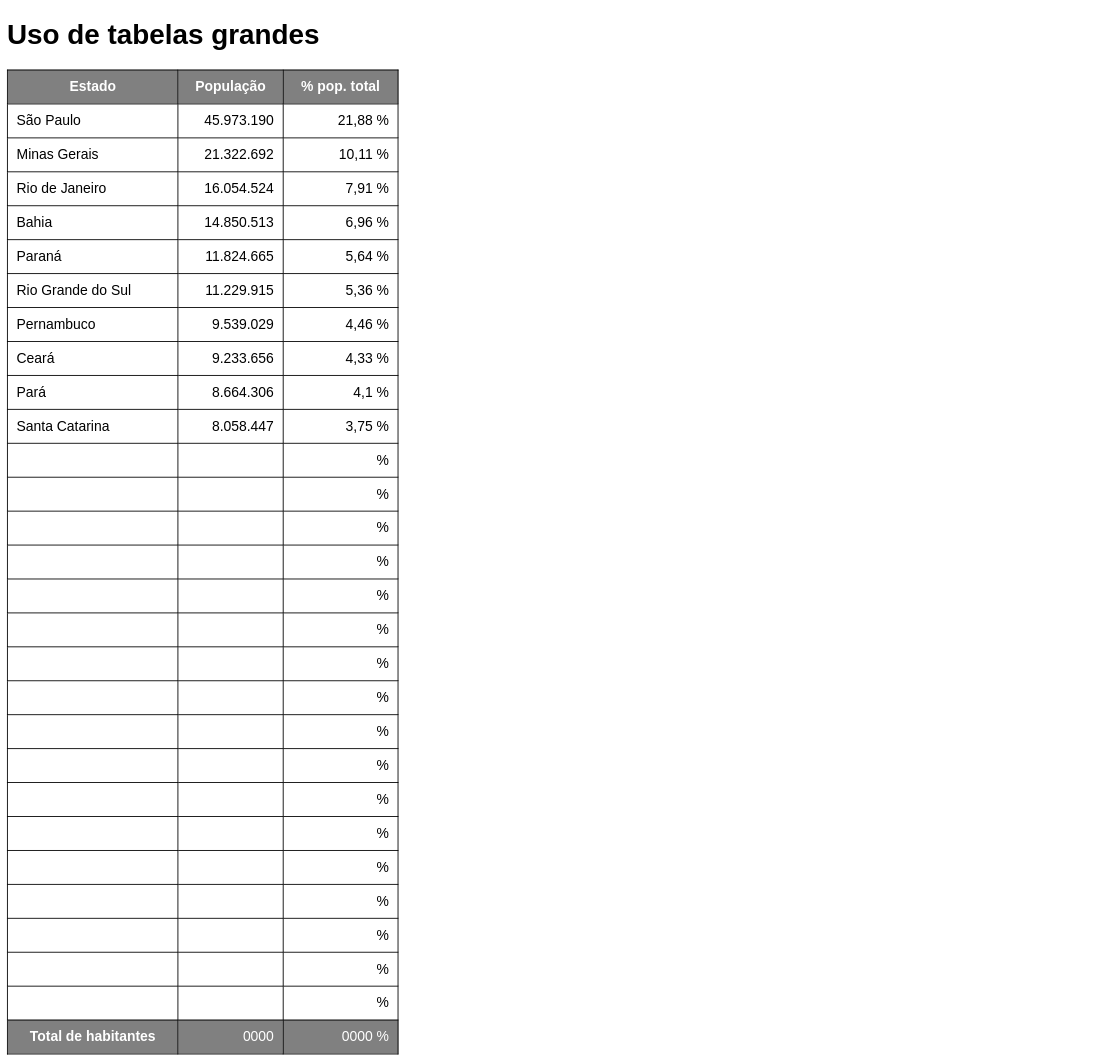
Repository: railsondev/html-css
Page: Módulo3/Exercicios/Ex02 - Tabelas/tabela002.html
These files come from the project's save history. The page is drawn as it stood at one moment and after the next save; the edit follows.
The browser window is 1280 px wide. The pictures show the whole page, at 87% of full size.

Above is the page before, as saved 2024-10-18 18:30:40.

### Módulo3/Exercicios/Ex02 - Tabelas/tabela002.html
<!DOCTYPE html>
<html lang="pt-br">
<head>
  <meta charset="UTF-8">
  <meta name="viewport" content="width=device-width, initial-scale=1.0">
  <title>Tabelas grandes</title>
  <link rel="stylesheet" href="src/css/estilo01.css">
</head>
<body>
  <h1>Uso de tabelas grandes</h1>
  <table>
    <thead>
      <tr>
        <th>Estado</th>
        <th>População</th>
        <th>% pop. total</th>
      </tr>
    </thead>
    <tbody>
      <tr>
        <td>São Paulo</td>
        <td class="numero">45.973.190</td>
        <td class="porc">21,88</td>
      </tr>
    </tbody>
    <tbody>
      <td>Minas Gerais</td>
      <td class="numero">21.322.692</td>
      <td class="porc">10,11</td>
    </tbody>
    <tbody>
      <td>Rio de Janeiro</td>
      <td class="numero">16.054.524</td>
      <td class="porc">7,91</td>
    </tbody>
    <tbody>
      <td>Bahia</td>
      <td class="numero">14.850.513</td>
      <td class="porc">6,96</td>
    </tbody>
    <tbody>
      <td>Paraná</td>
      <td class="numero">11.824.665</td>
      <td class="porc">5,64</td>
    </tbody>
    <tbody>
      <td>Rio Grande do Sul</td>
      <td class="numero">11.229.915</td>
      <td class="porc">5,36</td>
    </tbody>
    <tbody>
      <td>Pernambuco</td>
      <td class="numero">9.539.029</td>
      <td class="porc">4,46</td>
    </tbody>
    <tbody>
      <td>Ceará</td>
      <td class="numero">9.233.656</td>
      <td class="porc">4,33</td>
    </tbody>
    <tbody>
      <td>Pará</td>
      <td class="numero">8.664.306</td>
      <td class="porc">4,1</td>
    </tbody>
    <tbody>
      <td>Santa Catarina</td>
      <td class="numero">8.058.447</td>
      <td class="porc">3,75</td>
    </tbody>
    <tbody>
      <td></td>
      <td class="numero"></td>
      <td class="porc"></td>
    </tbody>
    <tbody>
      <td></td>
      <td class="numero"></td>
      <td class="porc"></td>
    </tbody>
    <tbody>
      <td></td>
      <td class="numero"></td>
      <td class="porc"></td>
    </tbody>
    <tbody>
      <td></td>
      <td class="numero"></td>
      <td class="porc"></td>
    </tbody>
    <tbody>
      <td></td>
      <td class="numero"></td>
      <td class="porc"></td>
    </tbody>
    <tbody>
      <td></td>
      <td class="numero"></td>
      <td class="porc"></td>
    </tbody>
    <tbody>
      <td></td>
      <td class="numero"></td>
      <td class="porc"></td>
    </tbody>
    <tbody>
      <td></td>
      <td class="numero"></td>
      <td class="porc"></td>
    </tbody>
    <tbody>
      <td></td>
      <td class="numero"></td>
      <td class="porc"></td>
    </tbody>
    <tbody>
      <td></td>
      <td class="numero"></td>
      <td class="porc"></td>
    </tbody>
    <tbody>
      <td></td>
      <td class="numero"></td>
      <td class="porc"></td>
    </tbody>
    <tbody>
      <td></td>
      <td class="numero"></td>
      <td class="porc"></td>
    </tbody>
    <tbody>
      <td></td>
      <td class="numero"></td>
      <td class="porc"></td>
    </tbody>
    <tbody>
      <td></td>
      <td class="numero"></td>
      <td class="porc"></td>
    </tbody>
    <tbody>
      <td></td>
      <td class="numero"></td>
      <td class="porc"></td>
    </tbody>
    <tbody>
      <td></td>
      <td class="numero"></td>
      <td class="porc"></td>
    </tbody>
    <tbody>
      <td></td>
      <td class="numero"></td>
      <td class="porc"></td>
    </tbody>
    <tfoot>
      <tr>
        <th>Total de habitantes</th>
        <td class="numero">0000</td>
        <td class="porc">0000</td>
      </tr>
    </tfoot>
  </table>
</body>
</html>

### Módulo3/Exercicios/Ex02 - Tabelas/src/css/estilo01.css
@charset 'UTF-8';

body {
  font-family: Arial, Helvetica, sans-serif;
}
.porc::after {
  content: ' %';
}

.numero, .porc {
  text-align: right;
}

table {
  width: 450px;
  border-collapse: collapse;
}
td, th {
  border: 1px solid black;
  padding: 10px;
}
thead, tfoot {
  background-color: gray;
  color: white;
}

After the next save:
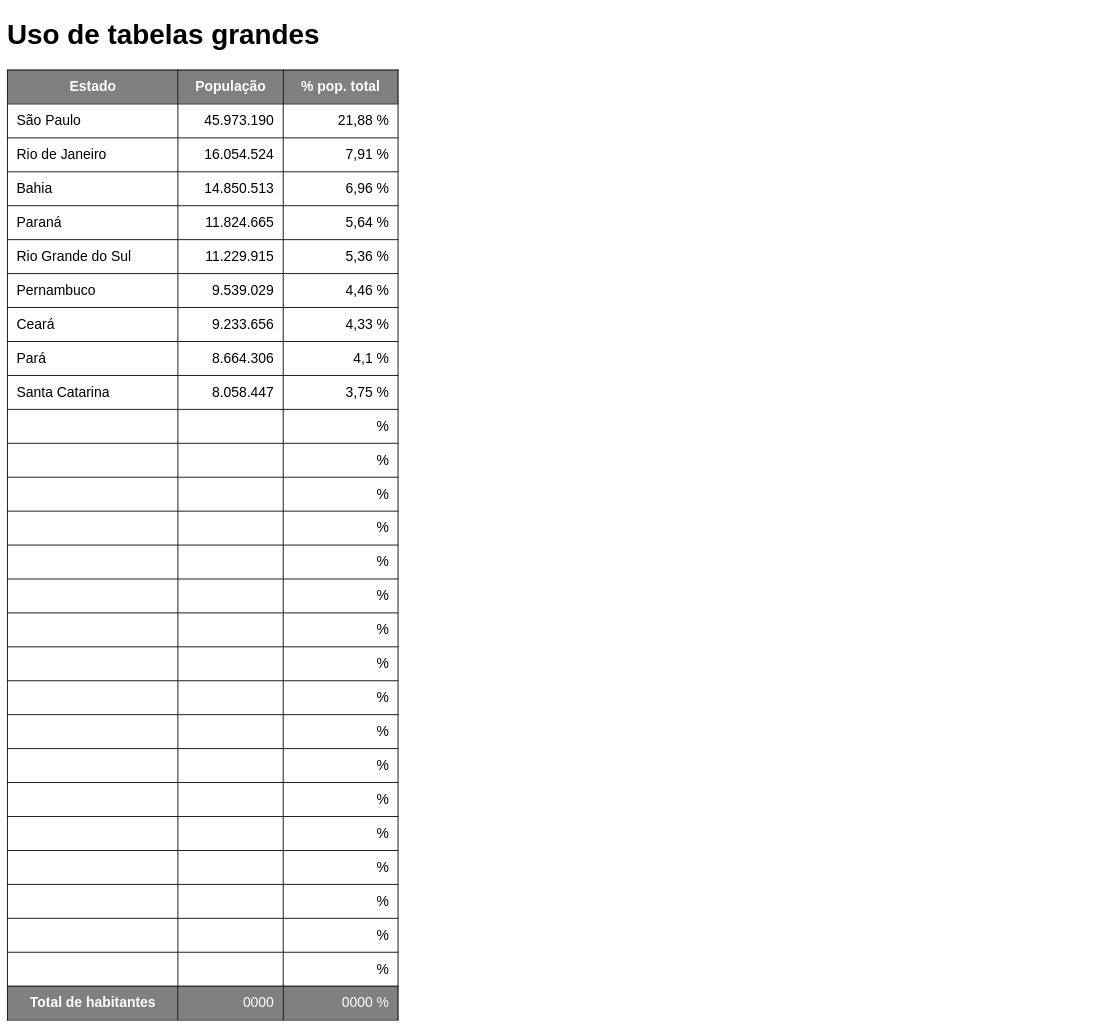
Saved 16 s later.
--- a/Módulo3/Exercicios/Ex02 - Tabelas/tabela002.html
+++ b/Módulo3/Exercicios/Ex02 - Tabelas/tabela002.html
@@ -24,9 +24,7 @@
       </tr>
     </tbody>
     <tbody>
-      <td>Minas Gerais</td>
-      <td class="numero">21.322.692</td>
-      <td class="porc">10,11</td>
+
     </tbody>
     <tbody>
       <td>Rio de Janeiro</td>

After the 2 saves that followed:
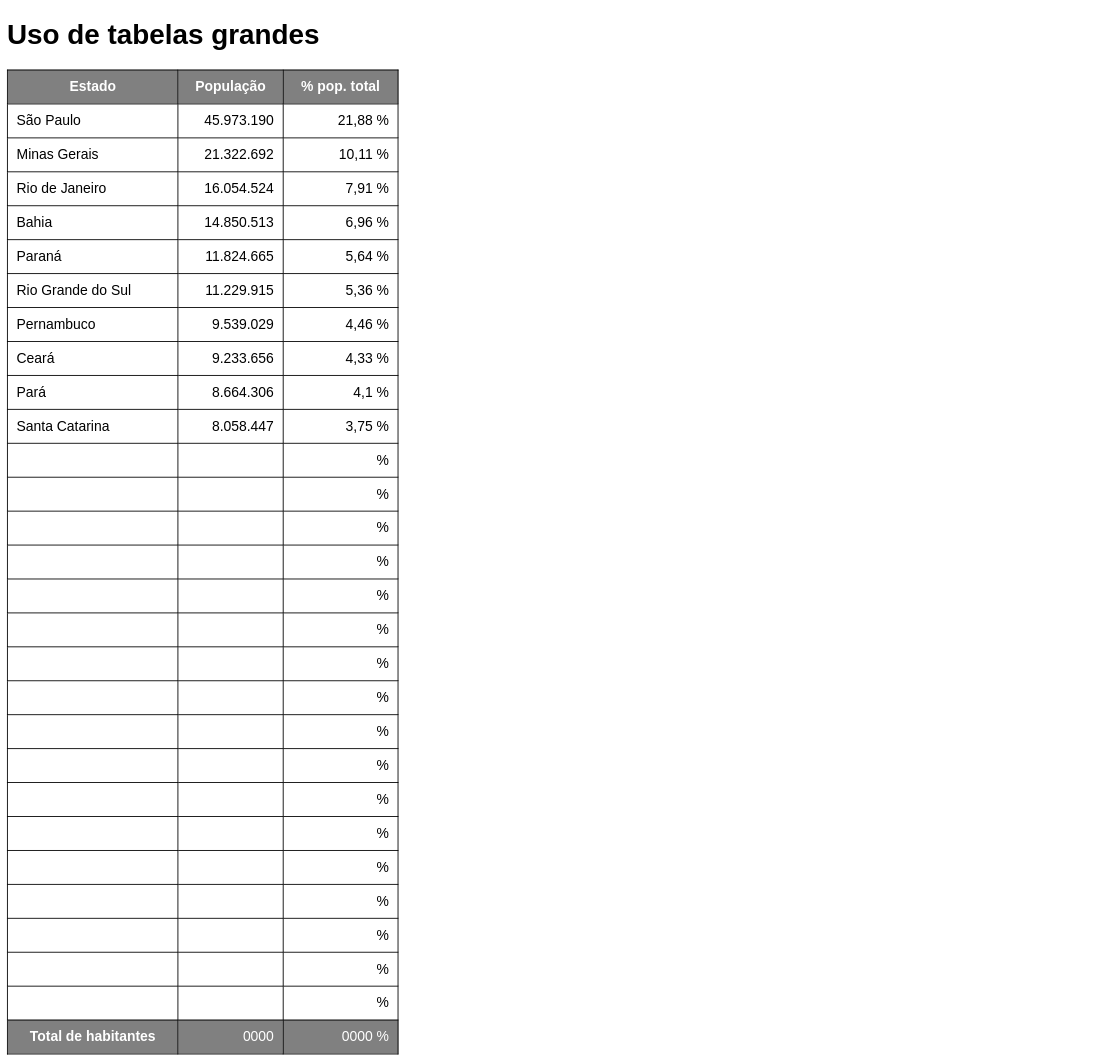
The 2 saves are shown as one change because they came seconds apart.
The last was saved 11 s later.
--- a/Módulo3/Exercicios/Ex02 - Tabelas/tabela002.html
+++ b/Módulo3/Exercicios/Ex02 - Tabelas/tabela002.html
@@ -21,6 +21,11 @@
         <td>São Paulo</td>
         <td class="numero">45.973.190</td>
         <td class="porc">21,88</td>
+      </tr>
+      <tr>
+        <td>Minas Gerais</td>
+      <td class="numero">21.322.692</td>
+      <td class="porc">10,11</td>
       </tr>
     </tbody>
     <tbody>
